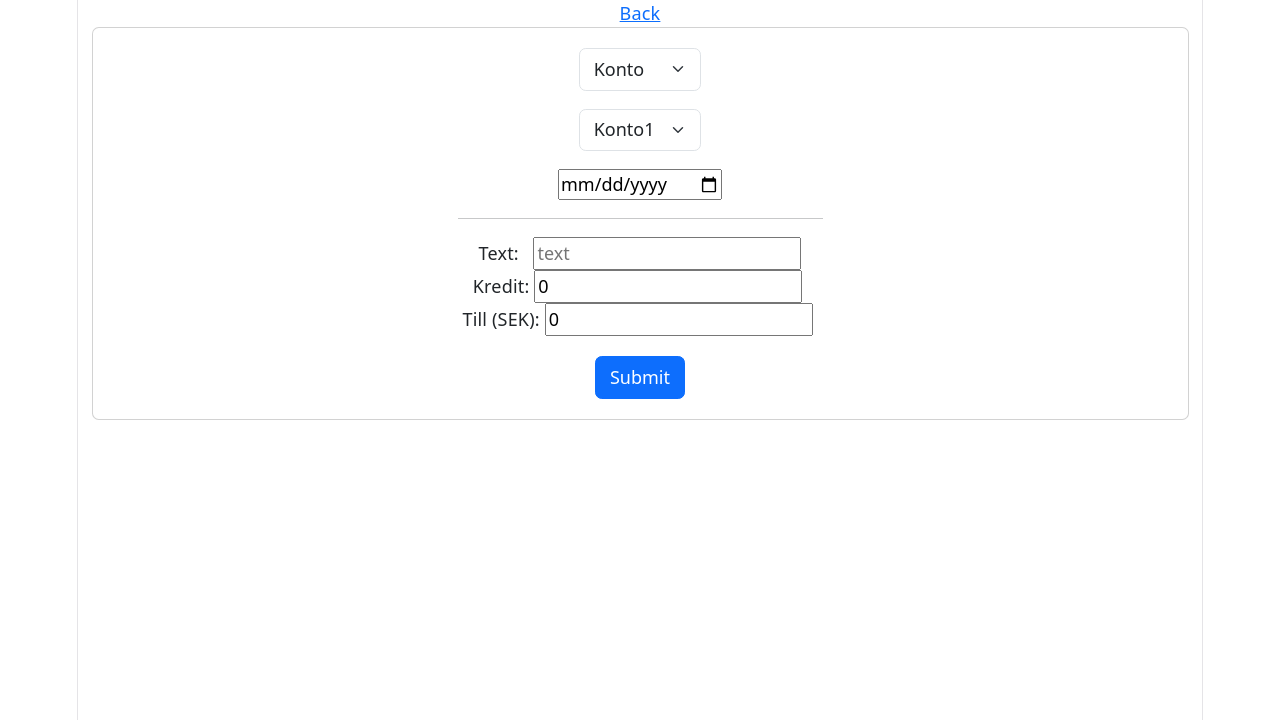
Repository: supply24/kidsaccount
Page: /action
These files come from the project's save history. The page is drawn as it stood at one moment and after the next save; the edit follows.
The browser window is 1280 px wide. The pictures show the whole page.
The page's requests for data from a server got no answer. The project was rebuilt for these pictures with package versions that can differ from the ones it lists, and the page was loaded fresh each time. No one was signed in, and anything a server would have sent is missing. Also part of the build but not shown: vite.config.js, src/App.css, src/App.jsx, src/Homing.jsx, src/Emilia.jsx, src/Alexander.jsx.

Above is the page before, as saved 2026-08-01 12:53:34.

After the next save:
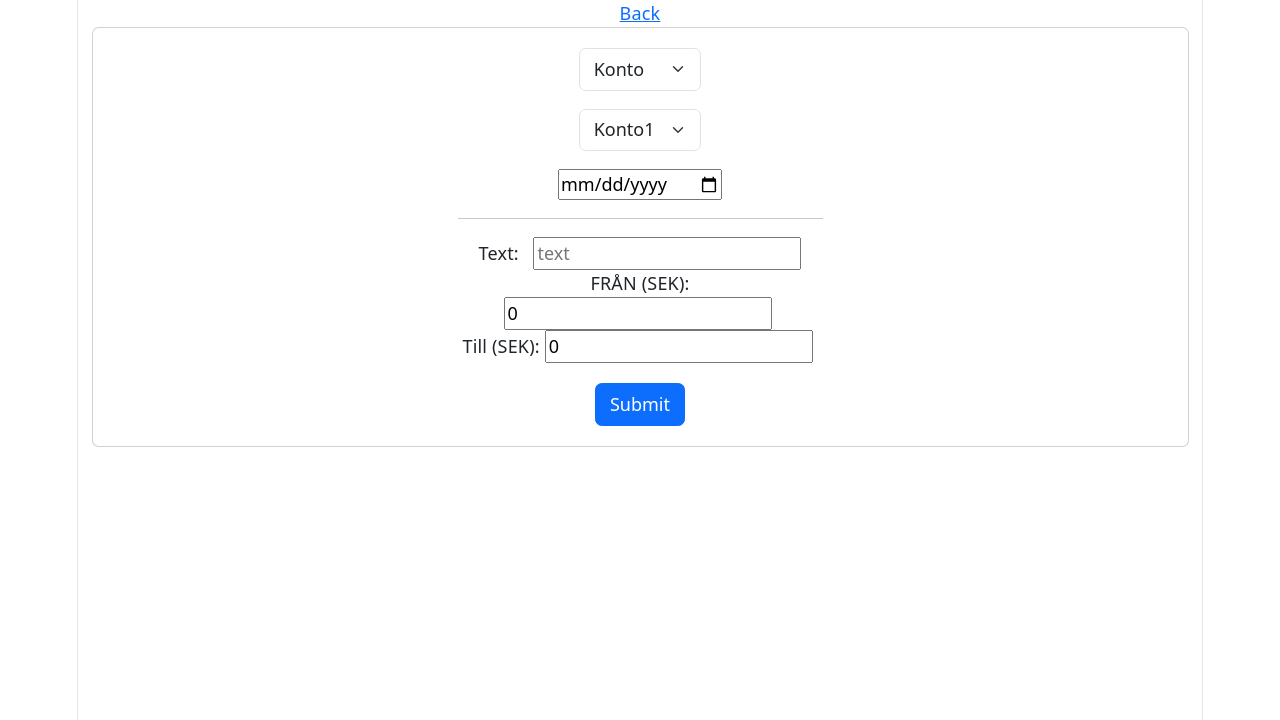
Saved 36 s later.
--- a/src/Actions.jsx
+++ b/src/Actions.jsx
@@ -109,7 +109,7 @@ const [konto1, setKonto1]=useState("")
 <hr></hr>
  <Col>Text:&nbsp;&nbsp;   <input type="text" value={texting} onChange={handleTexting} placeholder='text'/></Col>
 
- <Col>Kredit: <input type="number" value={kredit} onChange={handleKredit} placeholder='kredit'/>&nbsp;
+ <Col>FRÅN (SEK): <input type="number" value={kredit} onChange={handleKredit} placeholder='kredit'/>&nbsp;
   </Col>
   <Col>Till (SEK): <input type="number" value={debet} onChange={handleDebet} placeholder='debet'/>&nbsp;
   </Col>
